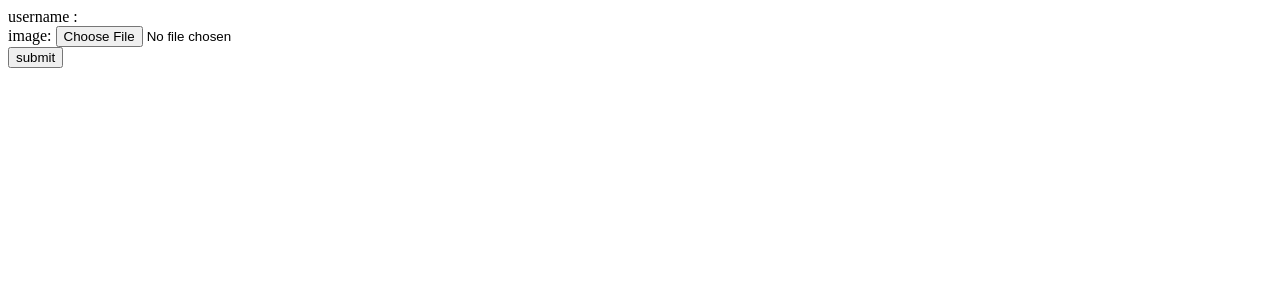
Repository: juneyj114/jspblog
Page: http://localhost/blog/user/userProfileForm.jsp
An editor plug-in stored every save of this project. The page is shown before and after the next save, followed by the edit.
The browser window is 1280 px wide. The pictures show the whole page.
The page is served by Tomcat 9.

Above is the page before, as saved 2019-11-13 00:33:38.

After the next save:
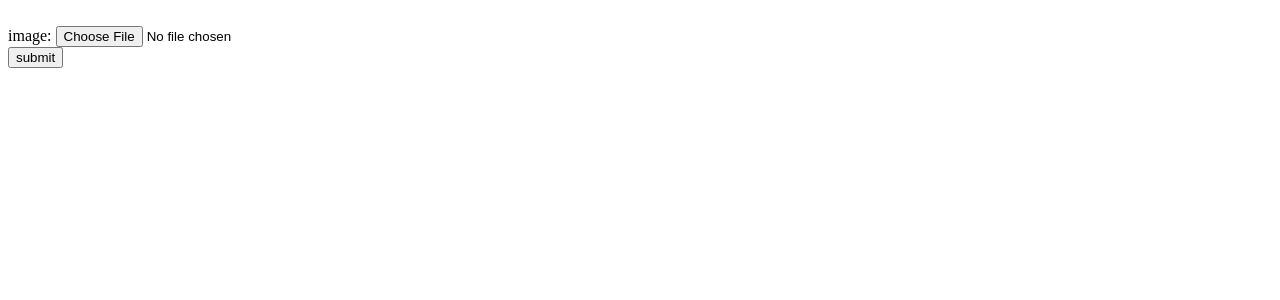
Saved 4 s later.
--- a/blog/WebContent/user/userProfileForm.jsp
+++ b/blog/WebContent/user/userProfileForm.jsp
@@ -13,7 +13,7 @@
         method="POST"
         enctype="multipart/form-data"
       >
-        username : <input type="text" name="username" value="${sessionScope.user.username }" hidden="true"/><br />
+        <input type="text" name="username" value="${sessionScope.user.username }" hidden="true"/><br />
         image:
         <input
           type="file"
